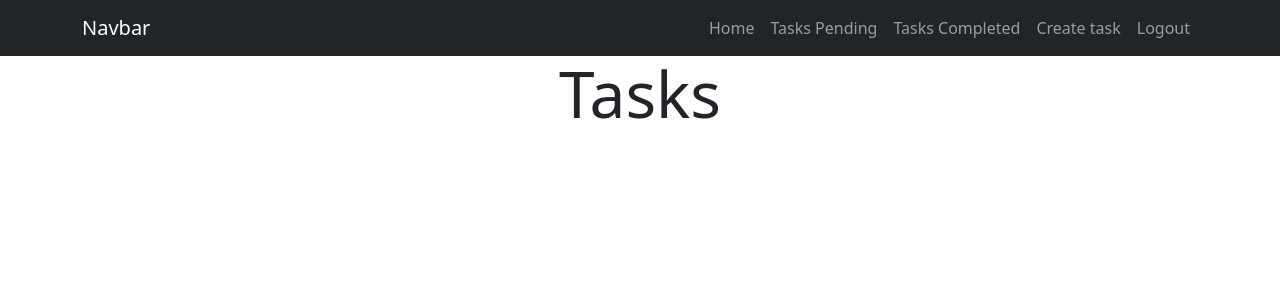
Repository: dbettancourt/django-auth-crud
Page: http://localhost/tasks/
An editor plug-in stored every save of this project. The page is shown before and after the next save, followed by the edit.
The browser window is 1280 px wide. The pictures show the whole page.
The page is served by the project's application, run on Django 4.2 (manage.py). A made-up administrator, testuser (Test User, test@example.com), is signed in. Queries for data that is not in the repository find no rows.

Above is the page before, as saved 2023-06-06 11:42:45.

After the next save:
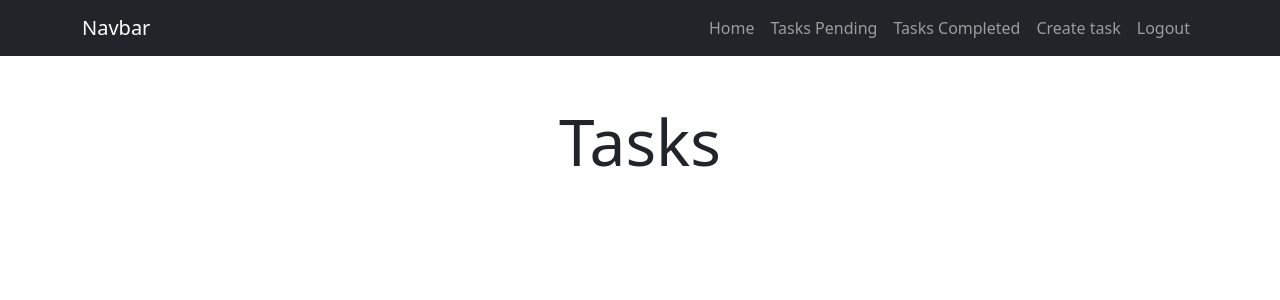
Saved 42 s later.
--- a/tasks/templates/tasks.html
+++ b/tasks/templates/tasks.html
@@ -6,7 +6,7 @@
 <main class="container">
     <div class="row">
         <div class="col-md-6 offset-md-3">
-            <h1 class="text-center display-3" >Tasks</h1>
+            <h1 class="text-center display-3 py-5" >Tasks</h1>
             <ul class="list-group">
                 {% for task in tasks %}
                 <a class="list-group-item"  href="{% url 'task_detail' task.id %}">
